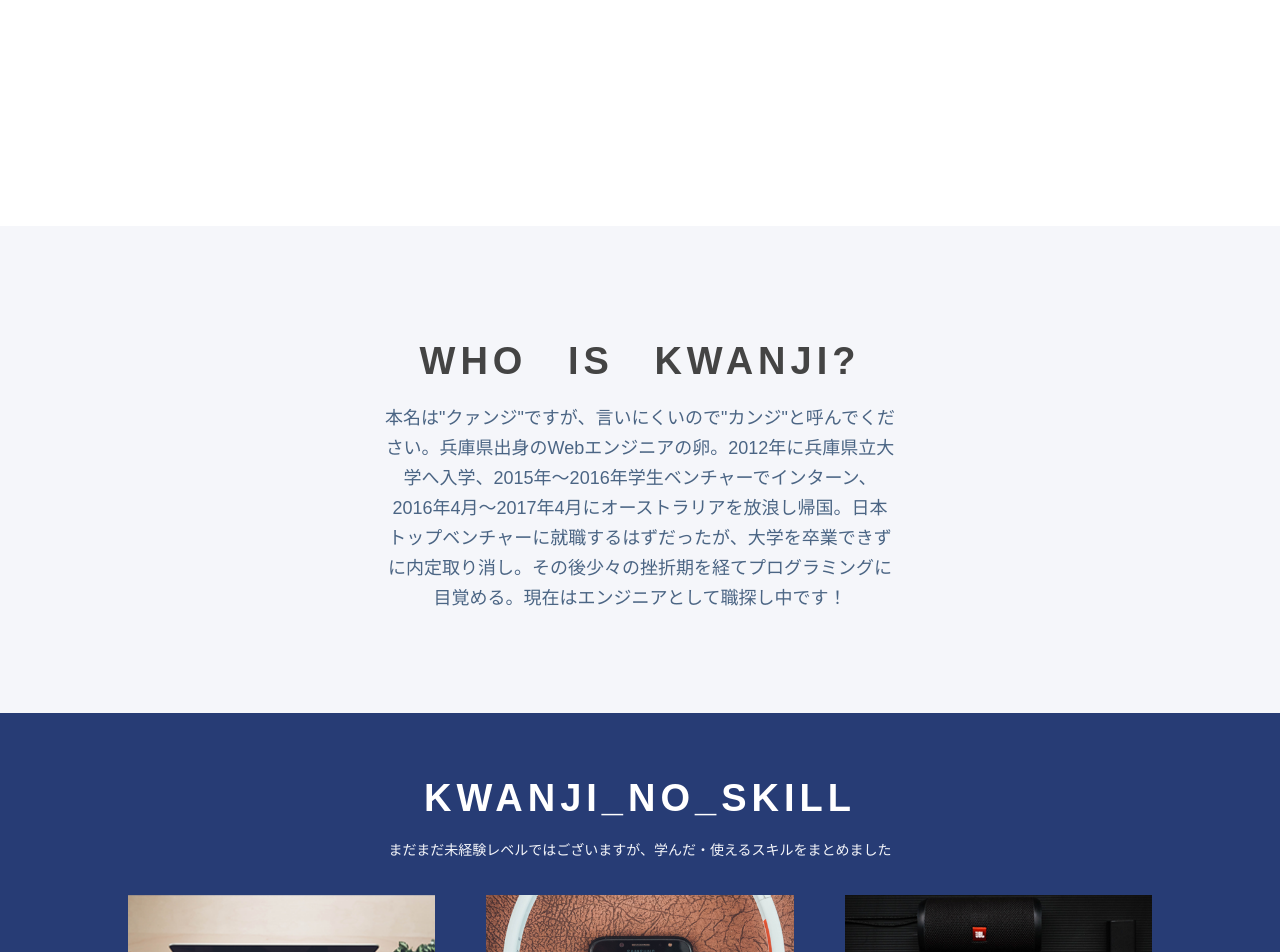
Repository: KwanjiChoi/portfolio
Page: index.html
The author's editor kept a record of every edit. The page is drawn from the files as they stood at one moment, then again after the next edit.
The browser window is 1280 px wide. The pictures show the part of the page from y = 994 to 1946 px (the page is 3825 px tall).
Some web fonts or font styles are not loaded; a fallback is used. Some web libraries are served in a nearby version.

Above is the page before.

### index.html
<!DOCTYPE html>
<html lang = "ja">
	<head>
		<meta charset = "UTF-8">
		<meta name = "viewport" content = "width=device-width,initial-scale=1.0,minimum-scale=1.0"/>
		<title>WebSite Development</title>
		<link rel = "stylesheet" href = "kwanji_no_portfolio.css">
		<link href="https://use.fontawesome.com/releases/v5.6.1/css/all.css" rel="stylesheet">
		<script type = "text/javascript" src="kwanji_no_portfolio.js"></script>

	</head>
	<body>
		<div class = "main_container" id = "home">

			<div class="header hidden" id = "header">
			    <div class="logo">kwanji_no_portfolio</div>
			    <a class="nav-button">
			    	<span></span>
			    	<span></span>
			    	<span></span>
			  	</a>
			  	<nav class="nav-wrap">
			    	<ul class="nav">
				  		<li><a href = "#">ホーム</a></li>
				  		<li><a href = "#about">かんじについて</a></li>
				  		<li><a href = "#services">スキル</a></li>
			      		<li><a href = "#portfolio">ポートフォリオ</a></li>
			      		<li><a href = "#contact">コンタクト</a></li>
			    	</ul>
			  	</nav>
			</div>

			<div class = "banner_image">
				<div class = "banner_content">
					<h1>Kwanji_Choi</h1>
					<h1>no</h1>
					<h1>Portfolio</h1>
				</div>
			</div>

			<div class="about_this_site">
				<h1 class="title">about this site</h1>
				<p>ここはWebエンジニアを目指しているKwanjiのポートフォリオサイトです。<br>貴重なあなたのお時間を、私のポートフォリオに費やしていただくのは誠に恐縮ですが<br>どうぞお茶でも飲みながらごゆるりとサイト内を散策してください。</p>
			</div>

			<div class = "about" id = "about">
				<h1 class = "title">Who is Kwanji?</h1>
				<p>本名は"クァンジ"ですが、言いにくいので"カンジ"と呼んでください。兵庫県出身のWebエンジニアの卵。2012年に兵庫県立大学へ入学、2015年〜2016年学生ベンチャーでインターン、2016年4月〜2017年4月にオーストラリアを放浪し帰国。日本トップベンチャーに就職するはずだったが、大学を卒業できずに内定取り消し。その後少々の挫折期を経てプログラミングに目覚める。現在はエンジニアとして職探し中です！</p>
			</div>

			<div class = "services" id = "services">
				<h1 class = "title">Kwanji_no_Skill</h1>
				<p>まだまだ未経験レベルではございますが、学んだ・使えるスキルをまとめました</p>
				<div class = "diff_services">
					<div class = "diff_services_item">
						<img src = "images/services-1.png" alt = "service_image">
						<h3 class = "sub_title">Front-end</h3>
						<p>HTML/CSS/JavaScript/jQuery</p>
					</div>
					<div class = "diff_services_item">
						<img src = "images/services-2.png" alt = "service_image">
						<h3 class = "sub_title">Back-end</h3>
						<p>Ruby/Ruby on rails/PHP/Go</p>
					</div>
					<div class = "diff_services_item">
						<img src = "images/services-3.png" alt = "service_image">
						<h3 class = "sub_title">DevOps</h3>
						<p>AWS/Git/Git-Hub/Heroku/Docker</p>
					</div>
				</div>
			</div>

			<div class = "portfolio" id = "portfolio">
				<h1 class = "title">Kwanji_no_Work</h1>
				<p>制作物をご紹介します</p>
				<div class = "portfolio_wrapper">
					<div class = "team-1 team">
						<div class = "team_members"><img src = "images/webpage.jpg" alt = "sento_app"><p>〇〇株式会社様のWebページ作成<br>(デプロイ前なのでイメージのみ貼り付けてます、後日公開いたします)</p></div>
						<div class = "team_members"><a href="https://sento-app-kc.herokuapp.com/" target="_blank" ><img src = "images/sento_app.jpg" alt = "sento_app"></a><p>銭湯データベース</p></div>
						<div class = "team_members"><a href="https://sosuapp.herokuapp.com/" target="_blank" ><img src = "images/nbot.jpg" alt = "N_bot"></a><p>N番目の素数が知りたいときに使うLINEぼっと『えぬぼっと』</p></div>
					</div>
				</div>
			</div>


			<div class = "contact" id = "contact">
				<h1 class = "title">contact</h1>
				<p>お問い合わせとSNSリンクです！</p>


				<a class="btn-social-square btn-social-square--pocket" href='https://forms.gle/MkKY4XfpVtpKY7Em8' target="_blank">
				  <i class="fas fa-envelope"></i>
				</a>
				<a class="btn-social-square btn-social-square--facebook" href='https://www.facebook.com/kanji.choe' target="_blank">
				  <i class="fab fa-facebook"></i>
				</a>
				<a class="btn-social-square btn-social-square--github" href='https://github.com/KwanjiChoi' target="_blank">
				  <i class="fab fa-github"></i>
				</a>
			</div>

			<div class="thanks">
				<h2 class="thank_you">Thank you for coming!!</h2>
			</div>


			<div class = "footer">
				<a href = "#">© 2020 kwanji_no_portfolio</a>
			</div>


			<div class = "arrow">
				<a href = "#home"><img src = "images/arrow.png" alt = "up_arrow"></a>
			</div>
		</div>
		<script src="https://ajax.googleapis.com/ajax/libs/jquery/3.3.1/jquery.min.js"></script>
	 	<script type="text/javascript" src="header.js"></script>
	</body>
</html>

### kwanji_no_portfolio.css
@import url('https://fonts.googleapis.com/css?family=M+PLUS+Rounded+1c|Muli&display=swap');
@import url('https://fonts.googleapis.com/css?family=Baloo+2&display=swap');

/*

font-family: 'Muli', sans-serif;
font-family: 'M PLUS 1p', sans-serif;
font-family: 'M PLUS Rounded 1c', sans-serif;

*/

body{
	width:100%;
	z-index: 0;
}

body::before{
	content: "";
	display: block;
	position: fixed;
	top: 0;
	left: 0;
	z-index: -1;
	width: 100%;
	height: 100vh;
	background-image: url('images/background-1503863_1280.jpg');
	background-size: cover;
}

*{
	margin: 0;
	padding: 0;
	box-sizing: border-box;
	outline: none;
	list-style: none;
	text-decoration: none;
	font-family: 'Muli', sans-serif;
}

.title{
	margin-bottom: 20px;
	color: #444444;
	font-family: 'Muli', sans-serif;
	text-transform: uppercase;
	font-size: 38px;
	word-spacing: 25px;
	letter-spacing: 5px;
}

p{
	margin-bottom: 15px;
	font-size: 14px;
	line-height: 20px;
	color: #4b6584;
}

.btn a {
    width: 180px;
    height: 35px;
    line-height: 35px;
    border: 2px solid #fb2274;
    color: #fb2274;
    display: block;
    margin: 25px auto 0;
    text-align: center;
}

.main_container{
	position: relative;
}


.banner_image{
	background: url('images/moon.jpg') no-repeat top center;
	background-size: cover;
	width: 100%;
	height: 100vh;
	display: flex;
	justify-content: center;
	align-items: center;
}

.banner_content{
	text-align: center;
	color: #fff;
}

.banner_content h1{
	font-size: 100px;
	font-family: 'M PLUS Rounded 1c', sans-serif;
	font-weight: bold;
	color: white;
	text-transform: uppercase;
	line-height: 100px;
	margin-bottom: 15px;
}

.banner_content h1 span{
	font-size: 20px;
	color: white;
}



.about,
.services,
.contact,
.portfolio,
.thanks,
.about_this_site{
	text-align: center;
	padding: 5% 10%;
}

.about{
	background-color: #f5f6fa;
	height: auto;
	padding-bottom: 100px;
}

.about h1{
	margin-top: 50px;
}

.about p{
	margin: auto;
	width: 50%;
	font-size: 18px;
	line-height: 30px
}

.contact p{
	color:white;
}


.about_this_site{
	width: 100%;
	height: 500px;
}

.about_this_site h1{
	margin-top: 100px;
	color: white;
	font-size: 40px;
}

.about_this_site p{
	color: white;
}

.services{
	background: #273c75;
}

.services h1{
	color: white;
}

.services p{
	color: #f5f6fa;
}

.diff_services {
    margin-top: 35px;
    display: flex;
    justify-content: space-between;
}

.diff_services .diff_services_item {
    width: 30%;
}

.diff_services .diff_services_item img {
    width: 100%;
    margin-bottom: 25px;
}

.diff_services .diff_services_item h3 {
    color: #fb2274;
    margin-bottom: 15px;
}


.portfolio{
	background: #f5f5f5;
}

.portfolio_wrapper{
	display: flex;
	flex-direction: column;
}

.portfolio_wrapper .team{
	display: flex;
	justify-content: space-between;
}

.portfolio_wrapper .team-1.team{
	margin-bottom: 25px;
}

.portfolio_wrapper .team_members{
	width: 30%;
	height: auto;
	padding-top: 40px;
	cursor: pointer;
	overflow: hidden;
	position: relative;
}

.portfolio_wrapper .team_members p{
	padding-top: 20px;
	font-size: 20px;
}

.portfolio_wrapper .team_members img{
	display: block;
	width: 100%;
	height: 230px;
	transition: all 0.5s ease;
}

.portfolio_wrapper .team_members:hover img{
	transform: scale(1.1);
}


.footer{
	width: 100%;
	text-align: center;
	background: #0097e6;
	padding: 20px 0;
}

.footer a{
	color: white;
}


.btn-gradient-radius {
    display: inline-block;
    padding: 7px 20px;
    border-radius: 25px;
    text-decoration: none;
    color: #FFF;
    background-image: linear-gradient(45deg, #FFC107 0%, #ff8b5f 100%);
    transition: .4s;
}

.btn-gradient-radius:hover {
    background-image: linear-gradient(45deg, #FFC107 0%, #f76a35 100%);
}

.thanks{
	width: 100%;
	height: 400px;
	background-color: #00a8ff;
	color: white;
}

.thanks .thank_you{
	padding-top: 60px;
	font-size: 80px;
	font-family: 'Baloo 2', cursive;
}


.header {
  position: fixed;
  top: 0;
  left: 0;
  width: 100%;
  height: 65px;
  position: fixed;
  display: flex;
  justify-content: space-around;
  align-items: center;
  background-color: #3d3d3d;
  transition: all 0.3s ease;
  z-index: 1000;
  padding: 20px;
  }


.hidden {
	top: 0;
	left: 0;
    background: none;
    transition: all 0.3s ease;
}

.about ul{
	margin: 0 auto;
	width: 40%;
	text-align: left;
}

.header .logo {
   	font-family: 'Muli', sans-serif;
	font-size: 28px;
	color: #ffda79;
  }
.nav-button {
  display: none;
}
.nav a {
    color: #000;
    text-decoration: none;
    font-size: 14px;
    text-transform: uppercase;
	color: #fff;
  }
.nav li {
    display: inline-block;
    margin: 0 10px;
  }
.nav-wrap.open {
  display: block;
}
.nav-wrap.close {
  display: none;
}



.btn-social-square {
    display: inline-block;
    text-decoration: none;
    width: 100px;
    margin:20px;
    height: 100px;
    line-height: 50px;
    font-size: 40px;
    color:white;
    border-radius: 12px;
    text-align: center;
    overflow: hidden;
    font-weight: bold;
    transition: .3s;
}
.btn-social-square i {
    line-height:100px;
}
.btn-social-square:hover {
    -webkit-transform: translateY(-5px);
    transform: translateY(-5px);
    cursor : pointer;
}

.btn-social-square--facebook {
    background: #6680d8;
}

.btn-social-square--pocket {
    background: #ff6d82;
}

.btn-social-square--github {
    background: #353b48;
}

@media screen and (min-width: 721px) {
  .nav-wrap {
    display: block !important;
  }
}
.content {
  padding: 20px;
}





@media (max-width: 720px){
　.header .logo{
　	padding-top: 10px;
	font-size: 20px;
	}

  .nav-button {
    display: block;
    cursor: pointer;
   }
  .nav-wrap {
    position: fixed;
    left: 0;
    top: 0;
    display: none;
    z-index: 10;
    background-color: rgba(0, 0, 0, 0.7);
    width: 100%;
    height: 100%;
    }
    .nav-wrap .nav {
      height: 100%;
      position: relative;
      overflow-x: hidden;
      overflow-y: auto;
    }
    .nav-wrap li {
      display: block;
      margin: 2em;
    }
    .nav-wrap a {
     color: #fff;
     font-size: 18px;
    }
  .nav-button,
  .nav-button span {
    display: inline-block;
    transition: all 0.4s;
    box-sizing: border-box;
  }
  .nav-button {
    z-index: 20;
    position: relative;
    width: 40px;
    height: 36px;
  }
  .nav-button span {
    position: absolute;
    left: 0;
    width: 100%;
    height: 4px;
    background-color: #fff;
    border-radius: 4px;
  }
  .nav-button span:nth-of-type(1) {
    	top: 0;
  }
  .nav-button span:nth-of-type(2) {
    	top: 16px;
  }
  .nav-button span:nth-of-type(3) {
    	bottom: 0;
  }
  .nav-button.active span:nth-of-type(1) {
    	-webkit-transform: translateY(16px) rotate(-45deg);
    	transform: translateY(16px) rotate(-45deg);
  }
  .nav-button.active span:nth-of-type(2) {
   		opacity: 0;
  }
  .nav-button.active span:nth-of-type(3) {
    	-webkit-transform: translateY(-16px) rotate(45deg);
    	transform: translateY(-16px) rotate(45deg);
  }

	.navbar{
		height: auto;
		flex-direction: column;
	}
	.navbar_items ul{
		flex-direction: column;
		text-align: center;
	}

	.navbar_items ul li{
		margin-bottom:5px;
	}

	.banner_content{
		margin-top: 35px;
	}

	.banner_content h1{
		padding-left: 5px;
		margin: auto;
		color: white;
		font-size: 42px;
		font-weight: 900;
	}

	.banner_content h1 span{
		font-size: 12px;
	}

	.banner_content p{
		font-size: 8px;
	}
	.title{
		margin: auto;
		margin-bottom: 20px;
		font-size: 24px;
		letter-spacing: 1px;
	}
	.about_this_site h1{
		font-size: 24px;
	}
	.about ul{
		width: 100%;
	}
	.about p{
		width: 80%;
	}
	.portfolio_wrapper .team{
		display: block;
	}

	.portfolio_wrapper .team_members{
		margin: auto;
		padding-top: 40px;
		width: 100%;
	}
	.portfolio_wrapper .team_members p{
		font-size: 16px;
	}

	.btn-social-square{
		width: 70px;
		height: 70px;
		font-size: 40px;
		margin: 10px;
	}
	.btn-social-square i {
	    line-height: 70px;
	}

	.thanks .thank_you{
		padding-top: 0px;
		font-size: 60px;
		font-family: 'Baloo 2', cursive;
	}

	.diff_services{
		display: block;
	}

	.diff_services .diff_services_item{
		margin: auto;
		width: 90%;
	}

	.diff_services .diff_services_item img{
		margin-bottom: 5px;
	}

	.diff_services .diff_services_item h3{
		margin-bottom: 0;
	}

	.diff_services .diff_services_item p {
		padding-bottom: 40px;
	}

	.thank_you{
		margin-top: 35px;
	}
}




.arrow{
	position: fixed;
	bottom: 25px;
	right: 25px;
	width: 40px;
	height: 40px;
	line-height: 50px;
	text-align: center;
	cursor: pointer;
	background: #fb2274;
	border-radius: 50%;
	display: none;
}

.arrow img{
	width: 20px;
	height: 20px;
	z-index: 1;
}


.fadeIn {
  opacity : 0;
  transform: translateY(100px);
  transition: 1.5s;
}

Loaded but not shown: header.js (no copy from this time; the picture is the same without it); kwanji_no_portfolio.js (no copy from this time; the picture is the same without it)

After the next edit:
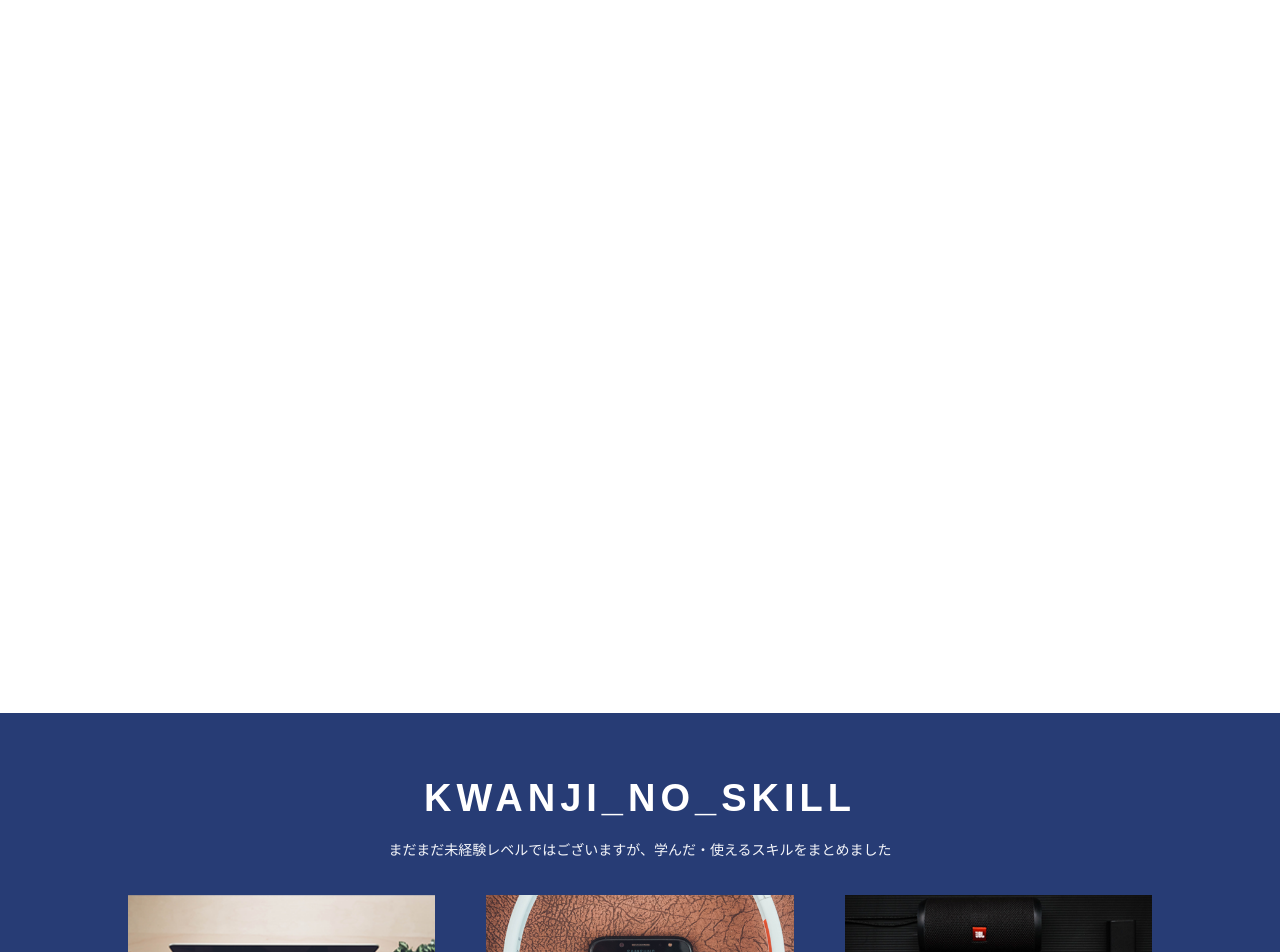
The edit:
--- a/index.html
+++ b/index.html
@@ -43,7 +43,7 @@
 				<p>ここはWebエンジニアを目指しているKwanjiのポートフォリオサイトです。<br>貴重なあなたのお時間を、私のポートフォリオに費やしていただくのは誠に恐縮ですが<br>どうぞお茶でも飲みながらごゆるりとサイト内を散策してください。</p>
 			</div>
 
-			<div class = "about" id = "about">
+			<div class = "about fadeIn" id = "about">
 				<h1 class = "title">Who is Kwanji?</h1>
 				<p>本名は"クァンジ"ですが、言いにくいので"カンジ"と呼んでください。兵庫県出身のWebエンジニアの卵。2012年に兵庫県立大学へ入学、2015年〜2016年学生ベンチャーでインターン、2016年4月〜2017年4月にオーストラリアを放浪し帰国。日本トップベンチャーに就職するはずだったが、大学を卒業できずに内定取り消し。その後少々の挫折期を経てプログラミングに目覚める。現在はエンジニアとして職探し中です！</p>
 			</div>
